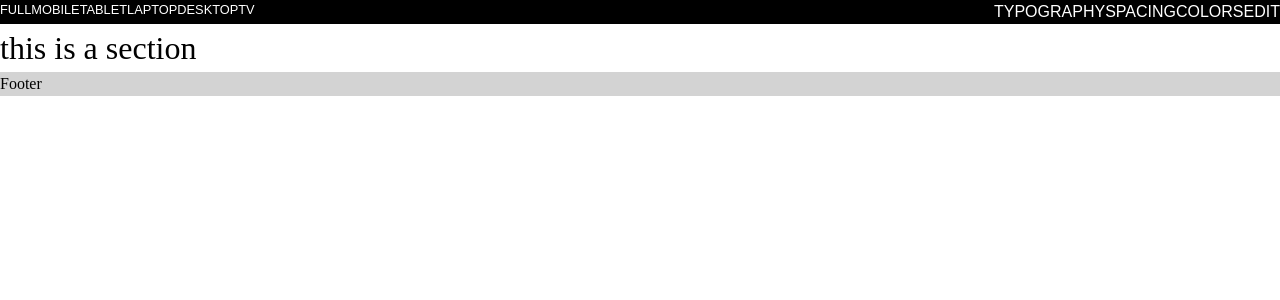
Repository: Terrycoco/coco-playground
Page: /
The author's editor kept a copy of each file at every save. The page is drawn from the files as they stood at one save, then again after the next save.
The browser window is 1280 px wide. The pictures show the whole page.
The project was rebuilt for these pictures with package versions that can differ from the ones it lists, and the page was loaded fresh each time. The framework's server and built-in components were replaced by stand-ins that run in the browser. Also part of the build but not shown: next.config.js, src/components/menus/menu.module.css.

Above is the page before, as saved 2023-03-20 10:42:44.

After the next save:
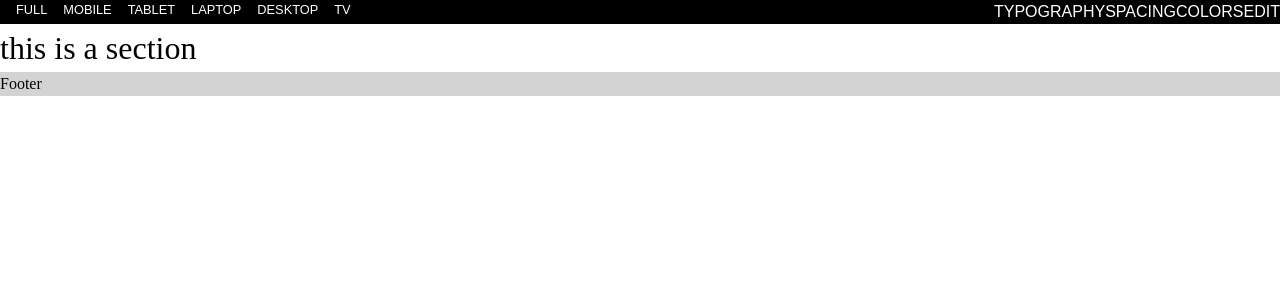
Saved 32 s later.
--- a/src/components/menus/DeviceMenu.js
+++ b/src/components/menus/DeviceMenu.js
@@ -36,7 +36,7 @@ const DeviceMenu = () => {
       fontFamily: "Arial",
       textTransform: "uppercase",
       fontSize: ".8em",
-      flexBasis: 1,
+      paddingLeft: "1rem",
     },
   };
 
